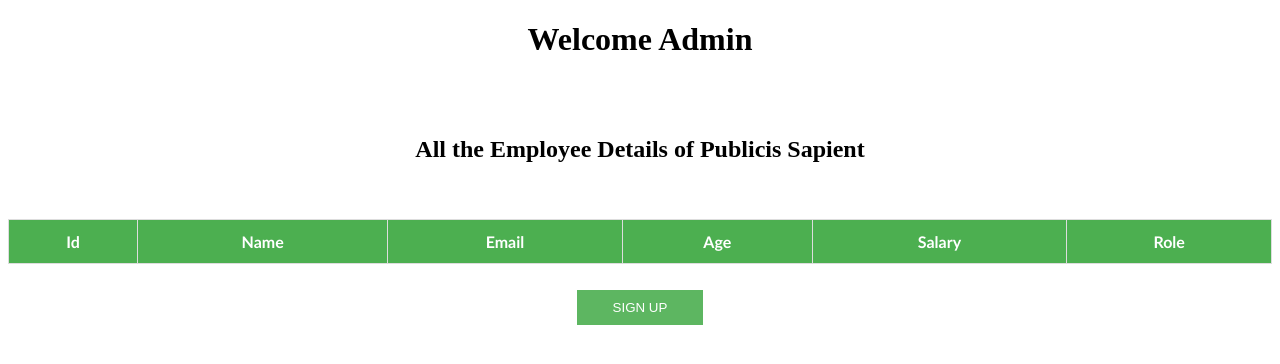
Repository: elizasharon/sprint-3-back-end
Page: http://localhost/SpringMVC2.0/WEB-INF/views/admin.jsp
The author's editor kept a copy of each file at every save. The page is drawn from the files as they stood at one save, then again after the next save.
The browser window is 1280 px wide. The pictures show the whole page.
The page is served by Tomcat 9. Nobody is signed in. Other server files are loaded and not shown. The template is opened directly, without the code that normally fills it, so the values that code supplies are empty.

Above is the page before, as saved 2019-07-17 03:59:29.

### Java_Eclipse_Workspace/SpringMVC2.0/src/main/webapp/WEB-INF/views/admin.jsp
<%@ page language="java" contentType="text/html; charset=UTF-8"
    pageEncoding="UTF-8" isELIgnored="false" %>
<!DOCTYPE html>
<html>
<head>
<meta charset="UTF-8">
<title>Admin Page</title>
<style>
/* Set a style for all buttons */
button {
text-align:center;
  background-color: #4CAF50;
  color: white;
  padding: 10px 0;
  margin: 8px 0;
  border: none;
  cursor: pointer;
  width: 60%;
  opacity: 0.9;
}

button:hover {
  opacity:1;
}

/* Float cancel and signup buttons and add an equal width */
.signupbtn {
  width: 10%;
}

/* Add padding to container elements */
.container {
  padding: 16px;
}

/* Clear floats */
.clearfix::after {
  content: "";
  clear: both;
  display: table;
}
#employee {
  font-family: "Trebuchet MS", Arial, Helvetica, sans-serif;
  border-collapse: collapse;
  width: 100%;
}

#employee td, #employee th {
  border: 1px solid #ddd;
  padding: 8px;
}

#employee tr:nth-child(even){background-color: #f2f2f2;}

#employee tr:hover {background-color: #ddd;}

#employee th {
  padding-top: 12px;
  padding-bottom: 12px;
  text-align: center;
  background-color: #4CAF50;
  color: white;
}
</style>
</head>
<body style="text-align:center;">
	<%@ taglib prefix="c" uri="http://java.sun.com/jsp/jstl/core" %>

<h1>Welcome Admin</h1>
<br><br>
	<h2>All the Employee Details of Publicis Sapient</h2>
	<br>
	<br>
	<table border="1" style="margin-left: auto; margin-right: auto;" id="employee">
		<tr>
			<th>Id</th>
			<th>Name</th>
			<th>Email</th>
			<th>Age</th>
			<th>Salary</th>
			<th>Role</th>
		</tr>
		<c:forEach items="${emplist}" var="emp">
			<tr>
				<td>${emp.id}</td>
				<td>${emp.name}</td>
				<td>${emp.email}</td>
				<td>${emp.age}</td>
				<td>${emp.salary}</td>
				<td>${emp.role}</td>
			</tr>
		</c:forEach>
	</table>
	<br>
	 <div class="clearfix">
      <button type="submit" class="signupbtn">SIGN UP</button>
    </div>

</body>
</html>

After the next save:
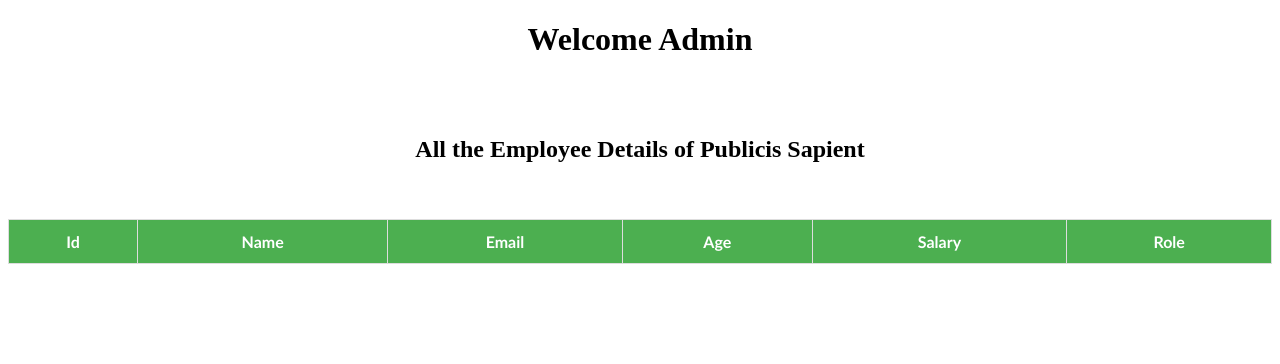
Saved 34 s later.
--- a/Java_Eclipse_Workspace/SpringMVC2.0/src/main/webapp/WEB-INF/views/admin.jsp
+++ b/Java_Eclipse_Workspace/SpringMVC2.0/src/main/webapp/WEB-INF/views/admin.jsp
@@ -93,7 +93,7 @@
 	</table>
 	<br>
 	 <div class="clearfix">
-      <button type="submit" class="signupbtn">SIGN UP</button>
+
     </div>
 
 </body>
